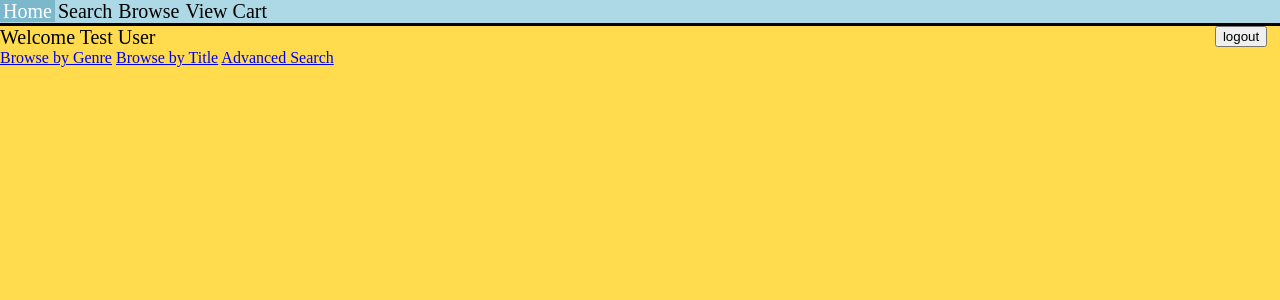
Repository: AndrewHarryKim/cs122B
Page: http://localhost/fabflix/Home
The author's editor kept a copy of each file at every save. The page is drawn from the files as they stood at one save, then again after the next save.
The browser window is 1280 px wide. The pictures show the whole page.
The page is served by Tomcat 9. The session is filled in as if someone had signed in: {"email": "test@example.com", "id": 1, "first_name": "Test User", "last_name": "Test User", "cc_id": 1, "address": 1, "cart": 1}. Other server files are loaded and not shown.

Above is the page before, as saved 2016-04-30 03:48:50.

### Site3/fabflix/WebContent/WEB-INF/home.jsp
<%@ page language="java" contentType="text/html; charset=ISO-8859-1"
    pageEncoding="ISO-8859-1"%>
<%@ page import="fabflix.Global" %>
<!DOCTYPE html PUBLIC "-//W3C//DTD HTML 4.01 Transitional//EN" "http://www.w3.org/TR/html4/loose.dtd">
<html>
<head>
	<meta http-equiv="Content-Type" content="text/html; charset=ISO-8859-1">
	<title>Insert title here</title>
	<link rel="stylesheet" type="text/css" href="css/styles.css">
</head>
	<body>

	<%@include file="site-header.jsp" %>
	<%@include file="login-authentication.jsp" %>

	<span class="welcomeHeader">Welcome <%=session.getAttribute("first_name")%> </span>
	<a href=<%=Global.logoutPath+""%>><input class="absolute-right" type="button" value="logout"/></a>
	<%
		out.println("</br>");
	    out.println("<a href='"+Global.browseGenre+"'>Browse by Genre</a>");
	    out.println("<a href='"+Global.browseTitle+"'>Browse by Title</a>");
	    out.println("<a href='search'>Advanced Search</a>");
	%>
</body>
</html>

### Site3/fabflix/WebContent/WEB-INF/site-header.jsp
<header class="siteHeader">
	<nav class="navbar">
		<ul class="navlist">
			<li><a href="<%=request.getContextPath()%>/Main">Home</a></li>
			<li><a href="<%=request.getContextPath()%>/search">Search</a></li>
			<li><a href="<%=request.getContextPath()%>/Browse">Browse</a></li>
			<li><a href="<%=request.getContextPath()%>/Cart">View Cart</a></li>
		</ul>
	</nav>
</header>

### Site3/fabflix/WebContent/WEB-INF/login-authentication.jsp

<%@ page import="fabflix.Global" %>
<%
		// This portion of the code is vital to make it so the user cannot access a page w/o being logged in.
	    if ((session.getAttribute("email") == null) || (session.getAttribute("email") == "")) {
			String redirectURL = request.getContextPath() + Global.loginPath+"?message=";
	        response.sendRedirect(redirectURL);
	    }
%>

### Site3/fabflix/src/fabflix/Home.java
package fabflix;

import java.io.IOException;

import javax.servlet.RequestDispatcher;
import javax.servlet.ServletException;
import javax.servlet.annotation.WebServlet;
import javax.servlet.http.HttpServlet;
import javax.servlet.http.HttpServletRequest;
import javax.servlet.http.HttpServletResponse;


@WebServlet("/Home")
public class Home extends HttpServlet {
	private static final long serialVersionUID = 1L;

    public Home() {
        super();
    }
	protected void doGet(HttpServletRequest request, HttpServletResponse response) throws ServletException, IOException {
		RequestDispatcher dispatcher = request.getServletContext().getRequestDispatcher("/WEB-INF/home.jsp");
		dispatcher.forward(request, response);
	}
	protected void doPost(HttpServletRequest request, HttpServletResponse response) throws ServletException, IOException {
		doGet(request, response);
	}

}

### Site3/fabflix/src/fabflix/Global.java
package fabflix;

public class Global {
	public static String DB_USER= "root";
	public static String DB_PASS="pops711";
	public static String homePagePath="/Home";
	public static String loginPath="/Login";
	public static String loginJSPPath="/WEB-INF/login.jsp";
	public static String logoutPath="Logout";
	public static String browseGenre="Browse?by=genre";
	public static String browseTitle="Browse?by=title";


//	// This is the location of the Login Portal
//	// This is the location of the Login-Authentication
//	public static String authLoginPath="Login";
//	// This is the location of the Logout script
//	//This is the location of the HomePage
//	// This is the location of the Search Page
//	public static String searchPath="";
//	// This is the location of the General Browsing Page and the sub-pages
//	public static String browsePath="browse.jsp";
//	public static String browseGenreJSP="/WEB-INF/browse.jsp?by=genre";
//	public static String browseTitleJSP="/WEB-INF/browse.jsp?by=title";
//	// This is the location of the movie-list after you find one.
//	public static String movieListPath="MovieList";
//	// This is the Cart location.
//	public static String cartPath="Cart";
//	// This is the CheckOut location.
//	public static String checkoutPath="Checkout";
}

### Site3/fabflix/WebContent/css/styles.css
@CHARSET "ISO-8859-1";



body{
	background-color: #ffdb4d;
	margin: 0px;
}

.indent{
	margin-left: 3%;
}
.starInfoHeader{
	width: 10%;
	display: inline-block;
}
.starInfoDiv{
	height: 100%;
	width: 100%;
	vertical-align: middle;
}

.movieListHeader{
	border-bottom: solid 1px black;
}
.movieListHeader div{
	display: inline-block;
	border-right: 1px solid black;
	width: 10%;
	vertical-align: middle;
}

.movieRow{
	border-bottom: solid 1px black;
	margin-top: 15px;
	height: 60px;
}
.movieInfoDiv{
	display: inline-block;
	border-right: 1px solid black;
	height: 100%;
	width: 10%;
	vertical-align: middle;
}

div.movieName{
	width: 15%;
}
div.movieName:hover{
	color: white;
}
div.movieYear:hover{
	color: white;
}
div.movieStarList{
	width: 30%;
}
div.movieGenreList{
	width: 14%;
	border-right: none;
}


.navbar{
	background-color: lightblue;
	border-bottom: solid 3px black
}

.navlist{
	list-style-type: none;
    padding: 0px;
    margin: 0px;
}
.navlist li {
    display: inline-block;
    font-size: 20px;
    margin: 0px -4px 0px 0px;
}
.navlist li a {
    text-decoration: none;
    color: black;
    width:100%;
    height 100%;
    padding: 0px 3px 0px 3px;
}
.navlist li a:hover {
    color: white;
    background-color: #7BB8CC;
}



.searchContainer{
	background-color: lightblue;
	padding-right: 1.75%;
	padding-left: 1.75%;
	padding-top: 10px;
	height: 32px;
	width: 100%;
	margin-left: -1%;
}

.dbSearchBox {
	width: 89%;
	height: 16px;
}

.searchButton{
	width: 9%;
	height: 22px;
}

.center{
	display: inline-block;
	display: table;
	margin: 0px auto;
}
.absolute-right{
	position: absolute;
	right: 1%;
}
.welcomeHeader{
	font-size: 20px;
}

After the next save:
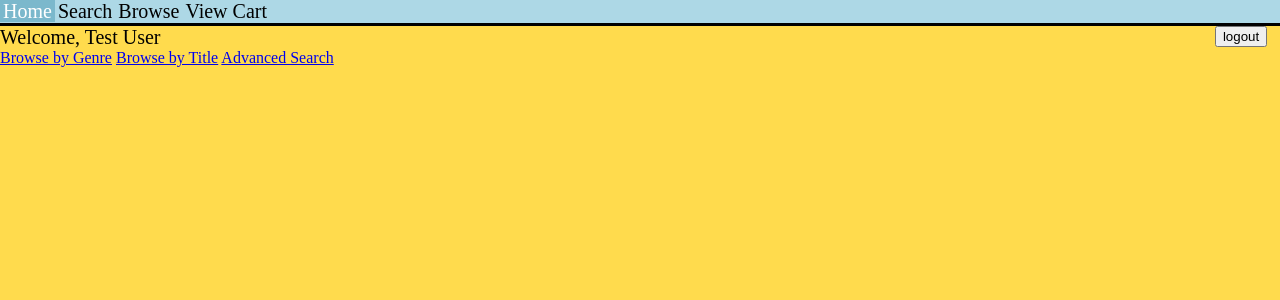
Saved 26 s later.
--- a/Site3/fabflix/WebContent/WEB-INF/home.jsp
+++ b/Site3/fabflix/WebContent/WEB-INF/home.jsp
@@ -13,7 +13,7 @@
 	<%@include file="site-header.jsp" %>
 	<%@include file="login-authentication.jsp" %>
 
-	<span class="welcomeHeader">Welcome <%=session.getAttribute("first_name")%> </span>
+	<span class="welcomeHeader">Welcome, <%=session.getAttribute("first_name")%> </span>
 	<a href=<%=Global.logoutPath+""%>><input class="absolute-right" type="button" value="logout"/></a>
 	<%
 		out.println("</br>");
